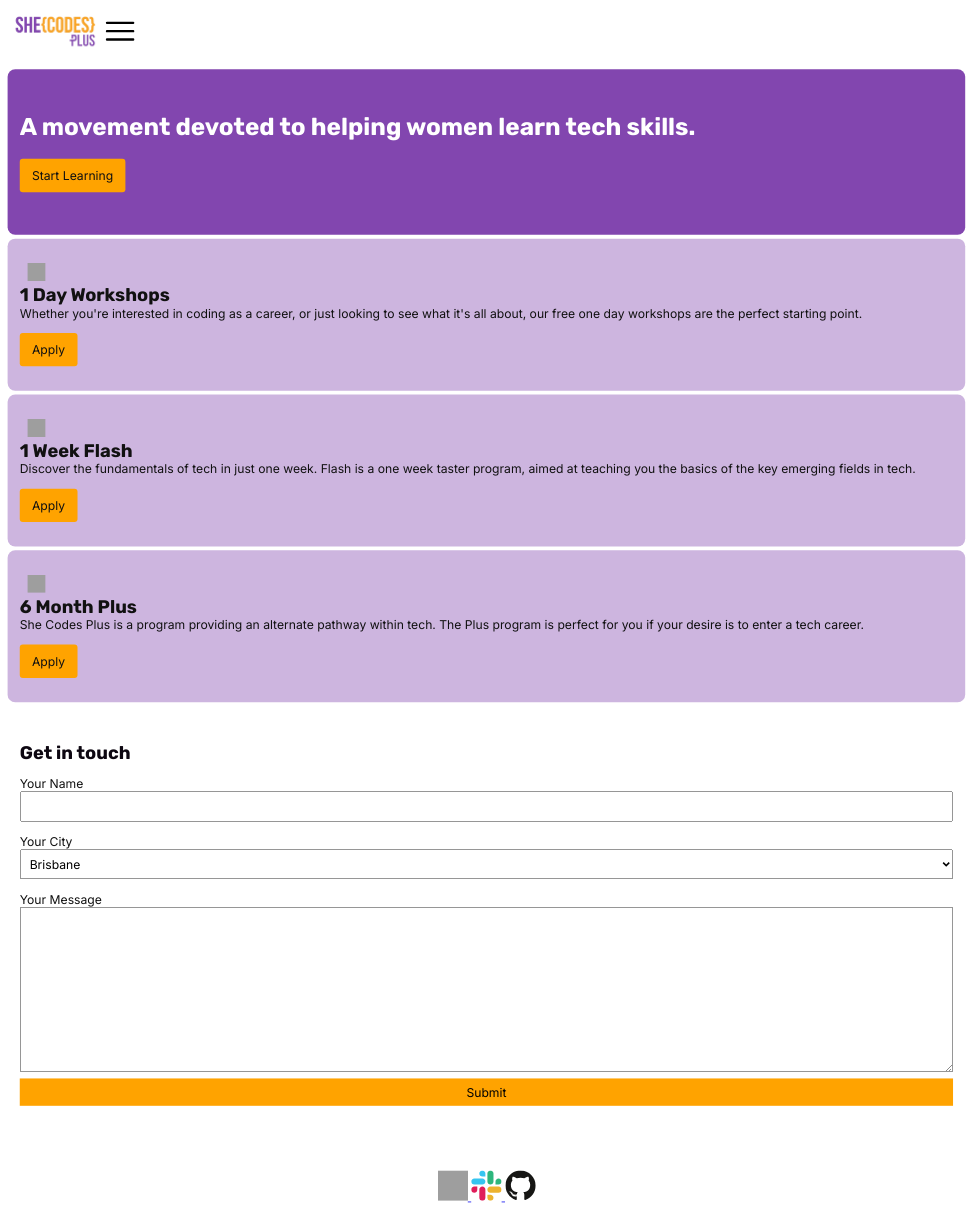
Repository: devashrisamani/website_shecodes_week1
Page: index.html
The author's editor kept a copy of each file at every save. The page is drawn from the files as they stood at one save, then again after the next save.
The browser window is 1280 px wide. The pictures show the whole page, at 76% of full size.
Pictures or frames that could not be fetched are drawn as grey boxes.

Above is the page before, as saved 2025-09-16 19:26:40.

### index.html
<!DOCTYPE html>
<html lang="en">
  <head>
    <meta charset="UTF-8" />
    <meta name="viewport" content="width=device-width, initial-scale=1.0" />
    <title>Document</title>
    <link rel="stylesheet" href="style.css" />
  </head>

  <body>
    <header>
      <div class="mobile-header">
        <img src="./img/logo.png" alt="The She Codes Logo" class="logo" />
        <button type="button" class="hamburger-button">
          <img
            class="hamburger-icon"
            src="./img/hamburger.svg"
            alt="Three horizontal lines, positioned one above the other."
          />
        </button>
      </div>
      <nav class="desktop-nav" aria-label="Primary">
        <ul>
          <li>
            <a href="">Coders</a>
          </li>
          <li>
            <a href="">Mentors</a>
          </li>
          <li>
            <a href="">Partners</a>
          </li>
          <li>
            <a href="">Blog</a>
          </li>
          <li>
            <a href="">Contact</a>
          </li>
        </ul>
      </nav>
      <nav class="mobile-nav display-none" aria-label="Primary">
        <ul>
          <li>
            <a href="">Coders</a>
          </li>
          <li>
            <a href="">Mentors</a>
          </li>
          <li>
            <a href="">Partners</a>
          </li>
          <li>
            <a href="">Blog</a>
          </li>
          <li>
            <a href="">Contact</a>
          </li>
        </ul>
      </nav>
    </header>
    <section class="hero">
      <h1>A movement devoted to helping women learn tech skills.</h1>
      <a href="#" class="btn-primary">Start Learning</a>
    </section>
    <section class="articles-container">
      <article>
        <img
          class="icon"
          src="./img/tools.svg"
          alt="A wrench and a screwdriver, lying crossed over one another diagonally"
        />
        <h2>1 Day Workshops</h2>
        <p>
          Whether you're interested in coding as a career, or just looking to
          see what it's all about, our free one day workshops are the perfect
          starting point.
        </p>
        <a href="#" class="btn-primary">Apply</a>
      </article>
      <article>
        <img
          class="icon"
          src="./img/lightning.svg"
          alt="A jagged lightning bolt, thick at the top and sharp at the bottom"
        />
        <h2>1 Week Flash</h2>
        <p>
          Discover the fundamentals of tech in just one week. Flash is a one
          week taster program, aimed at teaching you the basics of the key
          emerging fields in tech.
        </p>
        <a href="#" class="btn-primary">Apply</a>
      </article>
      <article>
        <img
          class="icon"
          src="./img/plus.svg"
          alt="A plus sign formed by a horizontal line intersecting a vertical line"
        />
        <h2>6 Month Plus</h2>
        <p>
          She Codes Plus is a program providing an alternate pathway within
          tech. The Plus program is perfect for you if your desire is to enter a
          tech career.
        </p>
        <a href="#" class="btn-primary">Apply</a>
      </article>
    </section>
    <section class="contact-form">
      <h2>Get in touch</h2>
      <form>
        <label for="your-name">Your Name</label>
        <input type="text" id="your-name" />
        <label for="city">Your City</label>
        <select name="city-selection" id="city">
          <option value="Brisbane">Brisbane</option>
          <option value="Perth">Perth</option>
          <option value="Moon">The Moon</option>
        </select>
        <label for="message">Your Message</label>
        <textarea name="message-text" id="message" rows="10"></textarea>
        <input type="submit" value="Submit" />
      </form>
    </section>
    <footer>
      <a
        href="https://www.instagram.com/shecodesaus/"
        title="@shecodesaus on Instagram"
      >
        <img
          class="socials-icon"
          src="./img/instagram.svg"
          alt="The Instagram logo: a rounded square camera with a purple-orange gradient filling the lines"
        />
      </a>
      <a
        href="https://join.slack.com/t/shecodesaus/shared_invite/enQtNzQ3ODk1OTQzODc3LTQ2ZWFmNzM0NjE1MjA0NTI3YjJkMWMyYWVjMDU3ZThhODJmMTk4YmRjZGMzZDRhZDBhODQwNzdlYmJhNDg1YjE"
      >
        <img
          class="socials-icon"
          src="./img/slack.svg"
          alt="The Slack logo: a colourful deconstructed hashtag"
        />
      </a>
      <a href="https://github.com/SheCodesAus/">
        <img
          class="socials-icon"
          src="./img/github.svg"
          alt="The Github logo: a black circle with the silhouette of a white cat, with one tentacle arm"
        />
      </a>
    </footer>
  </body>
</html>

### style.css
/* Base HTML Styles */
/* Always style in the increments of 4 for margin, padding and border*/
@import url("https://fonts.googleapis.com/css2?family=Inter&family=Rubik:ital,wght@0,400;0,700;1,400&display=swap");
:root {
    --brand: #8246af;
   --action: #ffa300;
   --white: #ffffff;
   --base-light: #cdb5df;
   --base-dark: #0d0711;
   --black: #111111;
    }

/* CSS Reset */

html{
    box-sizing:border-box;
    font-size: 16px; /*1rem = 16px*/
    font-family: "Inter", sans-serif;
    color: var(--black);
    scroll-behavior: smooth;
}

*,
*:before,
*:after {
   box-sizing: inherit;
}

h1,
h2,
h3,
h4,
h5,
h6 {
  font-family: "Rubik", sans-serif;
}

body,
h1,
h2,
h3,
h4,
h5,
h6,
p,
ol,
ul {
  margin: 0;
  padding: 0;
}

ol,
ul {
  list-style: none;
}

/* Max-width: max width of the image is 100% in whichever container it is */
img {
  max-width: 100%;
  height: auto;
}

input,
button,
textarea,
select {
  font: inherit;
}

/* Utilities */
.display-none {
  display: none;
}

 /* Components */

 /* btn-primary */
.btn-primary {
  padding: 12px 16px;
  display: inline-block;
  text-decoration: none;
  color: var(--black);
  border-radius: 4px;
  background-color: var(--action);
  transition: all 0.3s ease;
}

.btn-primary:hover {
  box-shadow: 10px 5px 5px rgba(0, 0, 0, 0.2);
  transform: translateY(-4px);
}

.btn-primary:hover {
  box-shadow: 10px 5px 5px rgba(0, 0, 0, 0.2);
  transform: translateY(-4px);
}

 /* header */
header .mobile-header {
  padding: 16px;
}

header button {
  all: unset;
}

 /* .logo */
.logo {
  height: 50px;
}

/* .mobile-nav */
.mobile-nav a {
  text-decoration: none;
  color: var(--black);
  display: block;
 padding: 4px 16px;
}

/* .desktop-nav */
.desktop-nav {
  display: none;
}

/* .hamburger-icon  */
.hamburger-icon {
  height: 50px;
}

/* .hero */
.hero {
  background-color: var(--brand);
  padding: 56px 16px;
  border-radius: 10px;
  margin: 5px 10px;
}

.hero h1 {
  font-size: 2rem;
  margin-bottom: 24px;
  color: var(--white);
}

.hero .hero-accent {
  color: var(--action);
}


article {
  padding: 32px 16px;
  background-color: var(--base-light);
  border-radius: 10px;
  margin: 5px 10px;
  transition: all 0.3s ease;
}

article:hover {
  filter: contrast(150%);
}


article .icon {
  height: 24px;
  width: 24px;
  margin-left: 10px;
  margin-right: 10px;
}

article .article-heading h2 {
  margin-bottom: 16px;
  color: var(--base-dark);
}

article p {
  margin-bottom: 16px;
}

/* Contact Form */
.contact-form {
  padding: 48px 16px;
  border-radius: 10px;
  margin: 5px 10px;
}

.contact-form input,
.contact-form select {
  display: block;
  width: 100%;
  padding: 8px;
  margin-bottom: 16px;
}

.contact-form textarea {
  display: block;
  width: 100%;
  padding: 8px;
}

.contact-form label {
  display: block;
  width: 100%;
}

.contact-form h2 {
  color: var(--base-dark);
  margin-bottom: 16px;
}

.contact-form input[type="submit"] {
  background-color: var(--action);
  border: 0;
  margin-top: 8px;
  cursor: pointer;
}

/* footer */
footer {
  padding: 16px;
  text-align: center;
}

.socials-icon {
  width: 40px;
  height: 40px;
}

After the next save:
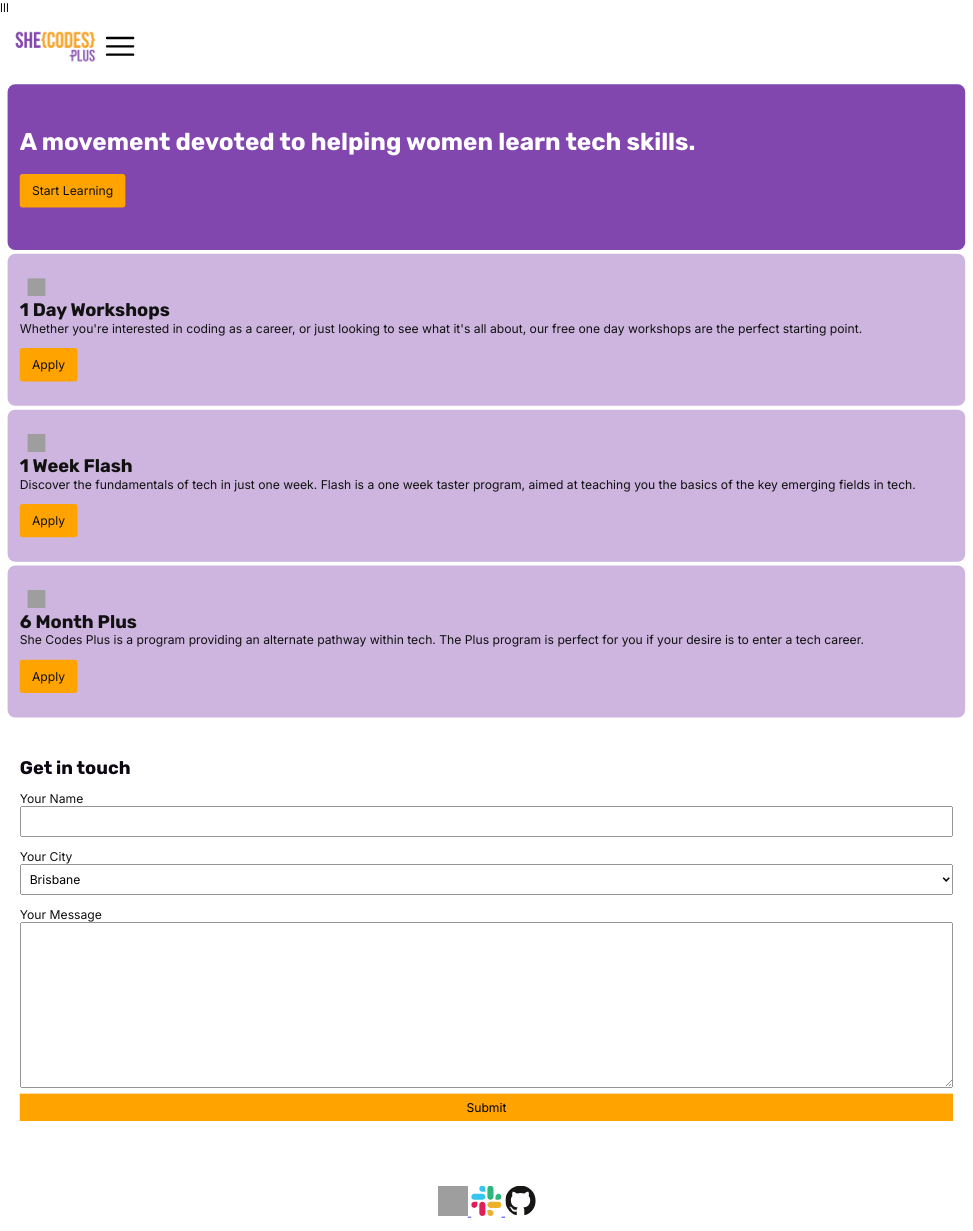
Saved 54 min 59 s later.
--- a/index.html
+++ b/index.html
@@ -7,7 +7,7 @@
     <link rel="stylesheet" href="style.css" />
   </head>
 
-  <body>
+  <body>lll
     <header>
       <div class="mobile-header">
         <img src="./img/logo.png" alt="The She Codes Logo" class="logo" />

After the save that followed:
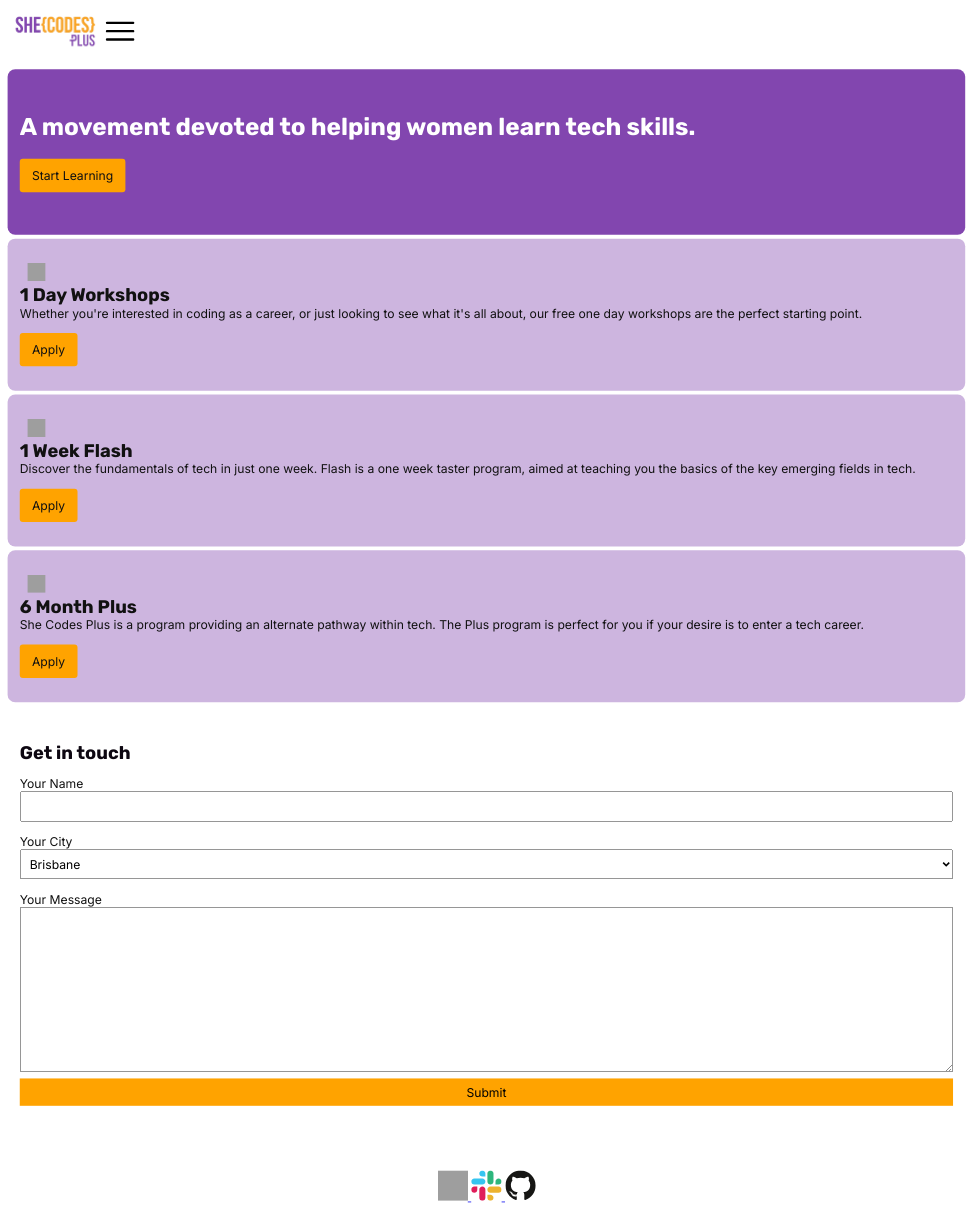
Saved 8 s later.
--- a/index.html
+++ b/index.html
@@ -7,7 +7,7 @@
     <link rel="stylesheet" href="style.css" />
   </head>
 
-  <body>lll
+  <body>
     <header>
       <div class="mobile-header">
         <img src="./img/logo.png" alt="The She Codes Logo" class="logo" />
